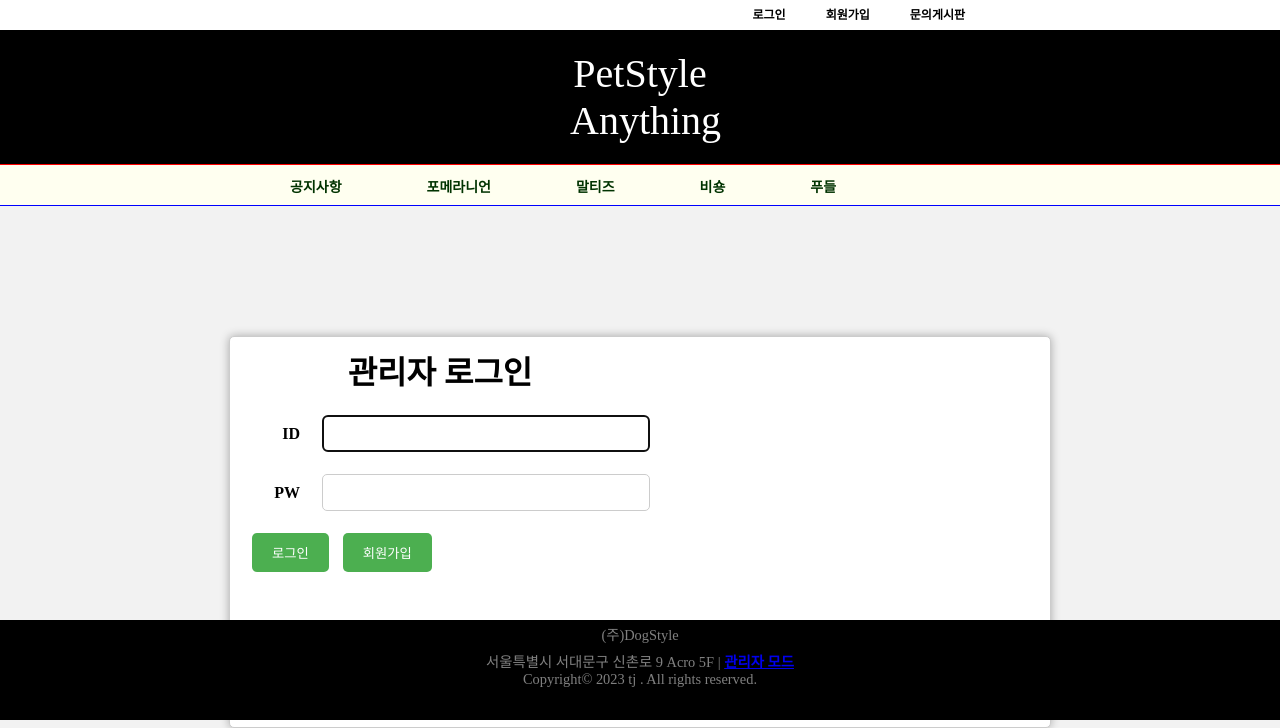
Repository: kdkk2000/Project
Page: http://localhost/petstyle/admin/adminLogin.jsp
An editor plug-in stored every save of this project. The page is shown before and after the next save, followed by the edit.
The browser window is 1280 px wide. The pictures show the whole page.
The page is served by Tomcat 9. The template is opened directly, without the code that normally fills it, so the values that code supplies are empty.

Above is the page before, as saved 2023-03-29 06:36:42.

After the next save:
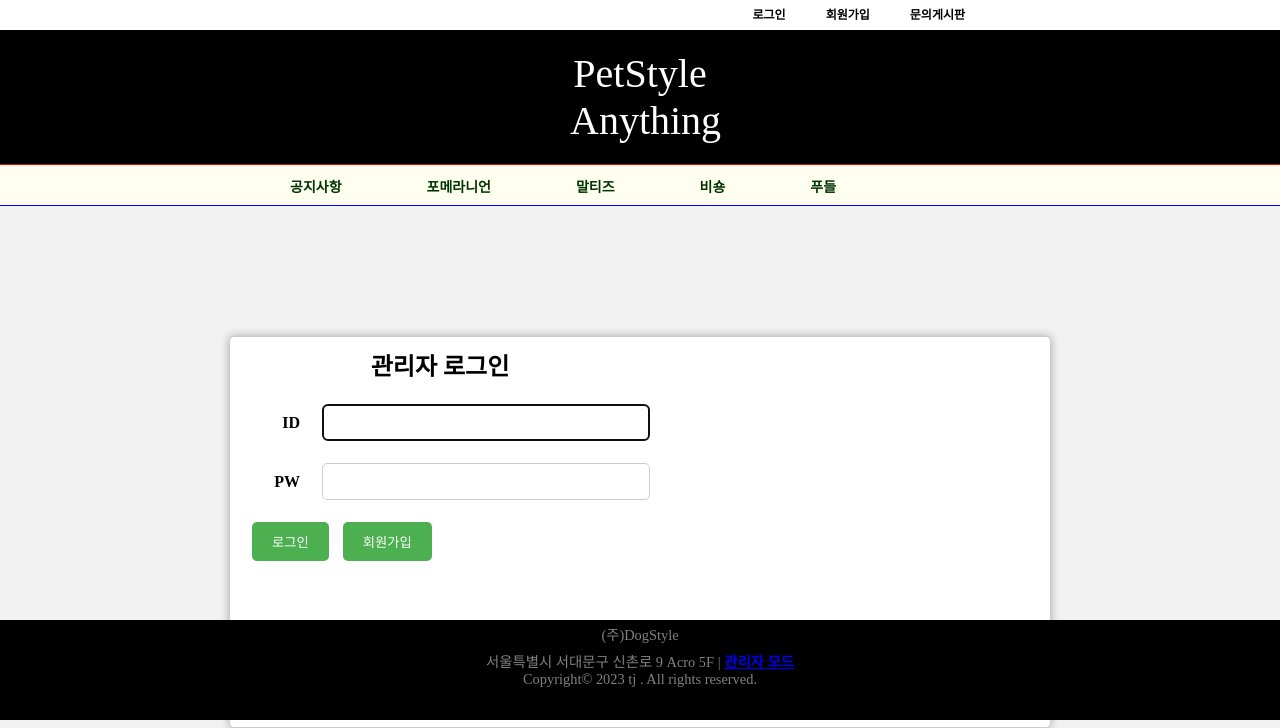
Saved 14 s later.
--- a/petstyle/WebContent/css/login.css
+++ b/petstyle/WebContent/css/login.css
@@ -19,7 +19,7 @@ form table {
 }
 
 form table caption {
-  font-size: 2em;
+  font-size: 1.5em;
   font-weight: bold;
   margin-bottom: 10px;
 }
